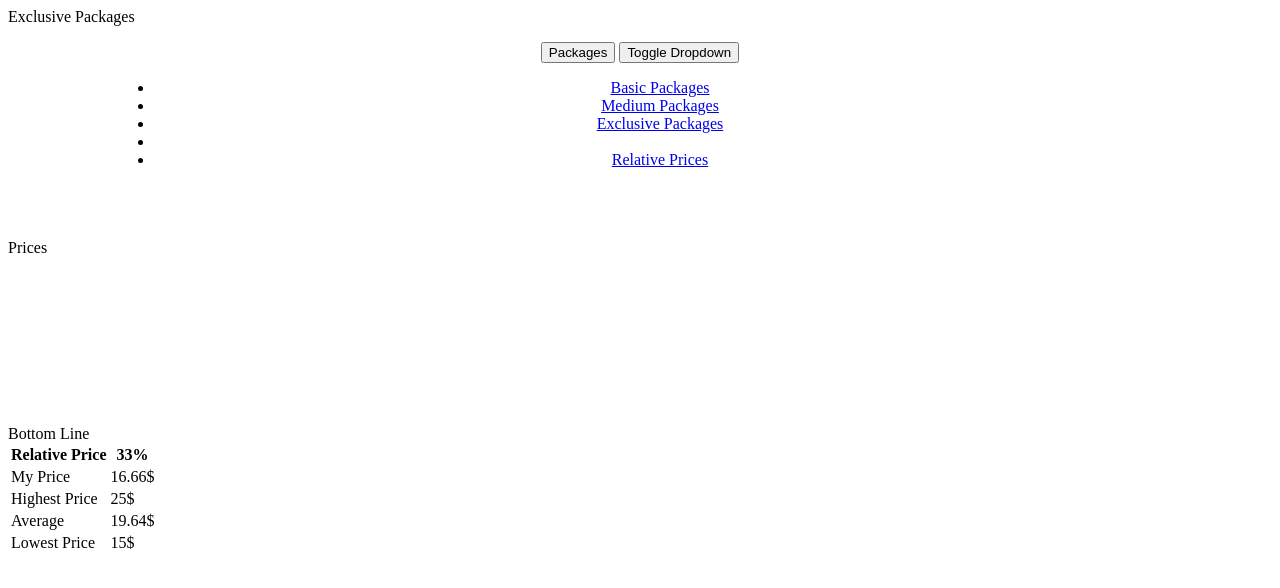
Repository: netaosman/Price-try-course
Page: prixceFrontEnd/src/main/webapp/Prixce_FrontEnd/HTML/Market/pricesPack/HighPackages.html
These files come from the project's save history. The page is drawn as it stood at one moment and after the next save; the edit follows.
The browser window is 1280 px wide. The pictures show the whole page.

Above is the page before, as saved 2017-09-23 03:05:59.

After the next save:
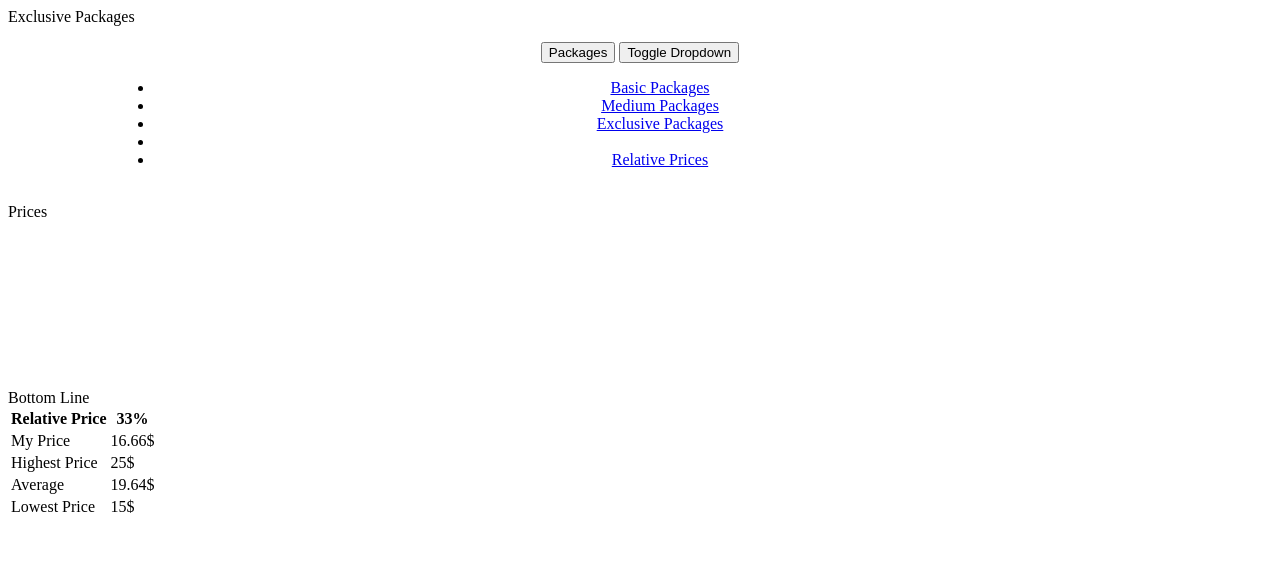
Saved 2 min 17 s later.
--- a/prixceFrontEnd/src/main/webapp/Prixce_FrontEnd/HTML/Market/pricesPack/HighPackages.html
+++ b/prixceFrontEnd/src/main/webapp/Prixce_FrontEnd/HTML/Market/pricesPack/HighPackages.html
@@ -19,7 +19,7 @@
 			</ul>
 		</div>
 	</div>
-	<br> <br> <br>
+	<br>
 	<div class="row placeholders">
 		<div class="col-xs-12 col-md-8" ng-controller="PricesHighCtrl">
 			<div class="panel panel-default-1">
